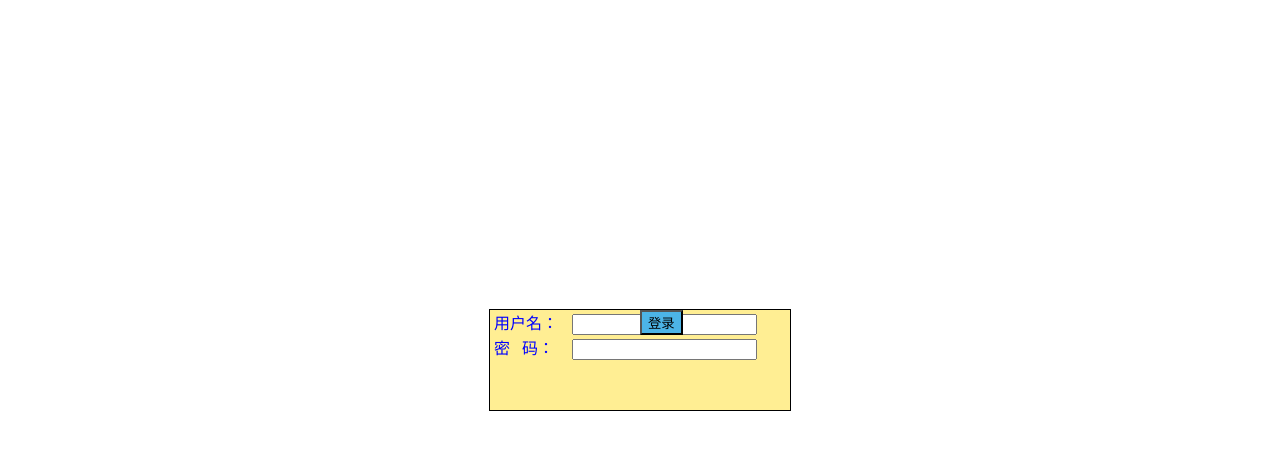
Repository: guirui-li/StudyJavaWeb
Page: http://localhost/JavawebTest/LoginServlet
An editor plug-in stored every save of this project. The page is shown before and after the next save, followed by the edit.
The browser window is 1280 px wide. The pictures show the whole page.
The page is served by Tomcat 9.

Above is the page before, as saved 2019-05-03 07:36:49.

After the next save:
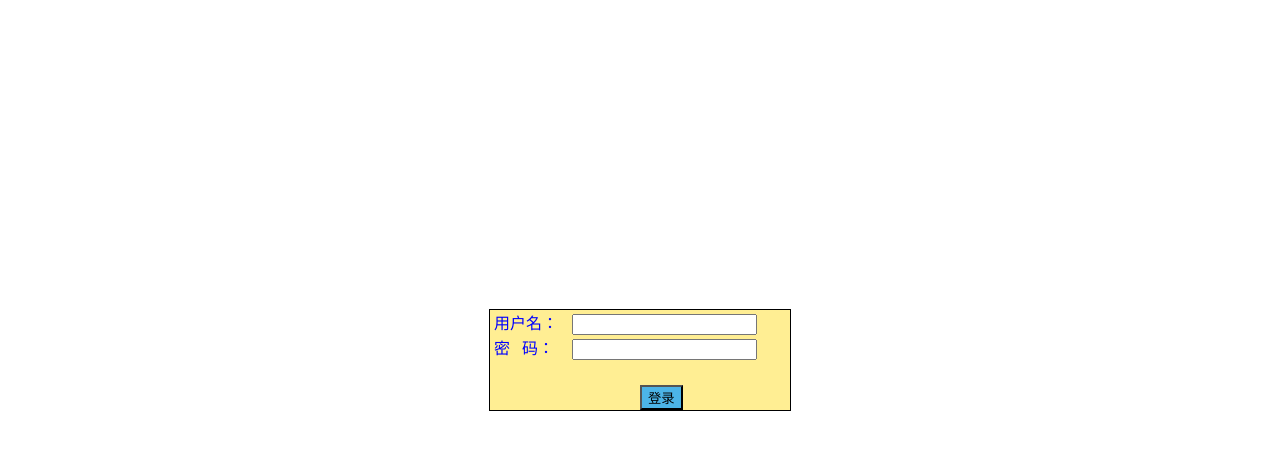
Saved 15 s later.
--- a/JavawebTest/WebContent/experiment07/login.jsp
+++ b/JavawebTest/WebContent/experiment07/login.jsp
@@ -27,7 +27,7 @@
 		}
 		#submit{
 			position:absolute;
-			top:0px;
+			bottom:0px;
 			left:150px;
 			background-color: #4cb4e7;
 		}
